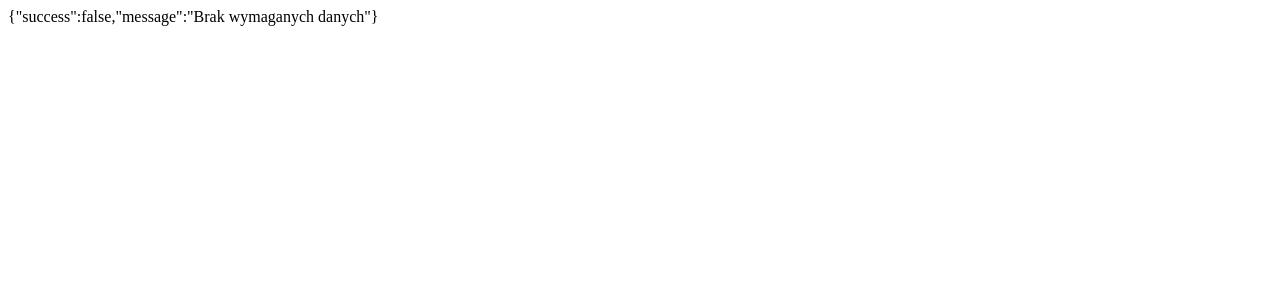
Repository: DaveCala/AplikacjaMeble
Page: http://localhost/admin/update_user.php
These files come from the project's save history. The page is drawn as it stood at one moment and after the next save; the edit follows.
The browser window is 1280 px wide. The pictures show the whole page.
The page is run by PHP 8.4 with error messages shown; the project is at /var/www/html/.

Above is the page before, as saved 2024-11-29 10:11:51.

After the next save:
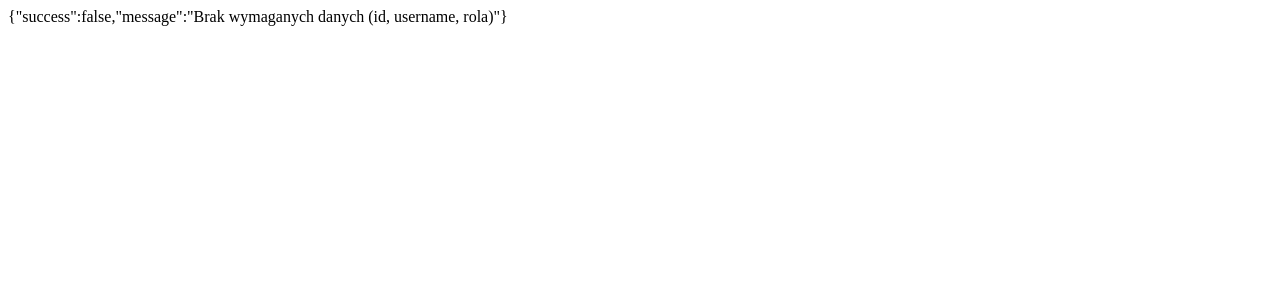
Saved 4 min 31 s later.
--- a/admin/update_user.php
+++ b/admin/update_user.php
@@ -4,18 +4,24 @@ require_once '../db.php'; // Połączenie z bazą danych
 // Odczytaj dane z żądania JSON
 $data = json_decode(file_get_contents('php://input'), true);
 
-if (!isset($data['id'], $data['username'], $data['password'], $data['role'])) {
-    echo json_encode(['success' => false, 'message' => 'Brak wymaganych danych']);
+if (!isset($data['id'], $data['username'], $data['role'])) {
+    echo json_encode(['success' => false, 'message' => 'Brak wymaganych danych (id, username, rola)']);
     exit;
 }
 
-$id = $data['id'];
+$id = (int)$data['id'];
 $username = trim($data['username']);
-$password = trim($data['password']);
+$password = isset($data['password']) ? trim($data['password']) : null;
 $role = trim($data['role']);
 
-// Sprawdź, czy hasło zostało zmienione
-$stmt = $pdo->prepare("SELECT password FROM users WHERE id = :id");
+// Walidacja danych
+if (empty($username) || empty($role)) {
+    echo json_encode(['success' => false, 'message' => 'Nazwa użytkownika i rola są wymagane']);
+    exit;
+}
+
+// Sprawdzenie, czy użytkownik istnieje
+$stmt = $pdo->prepare("SELECT id, password FROM users WHERE id = :id");
 $stmt->execute([':id' => $id]);
 $currentUser = $stmt->fetch(PDO::FETCH_ASSOC);
 
@@ -24,12 +30,13 @@ if (!$currentUser) {
     exit;
 }
 
+// Aktualizacja hasła, jeśli zostało zmienione
 $hashedPassword = $currentUser['password'];
 if (!empty($password)) {
     $hashedPassword = password_hash($password, PASSWORD_DEFAULT);
 }
 
-// Aktualizacja użytkownika w bazie danych
+// Aktualizacja danych użytkownika
 $stmt = $pdo->prepare("UPDATE users SET username = :username, password = :password, role = :role WHERE id = :id");
 $success = $stmt->execute([
     ':username' => $username,
@@ -39,8 +46,8 @@ $success = $stmt->execute([
 ]);
 
 if ($success) {
-    echo json_encode(['success' => true]);
+    echo json_encode(['success' => true, 'message' => 'Użytkownik został zaktualizowany']);
 } else {
     echo json_encode(['success' => false, 'message' => 'Nie udało się zaktualizować użytkownika']);
 }
-?>
+exit;
